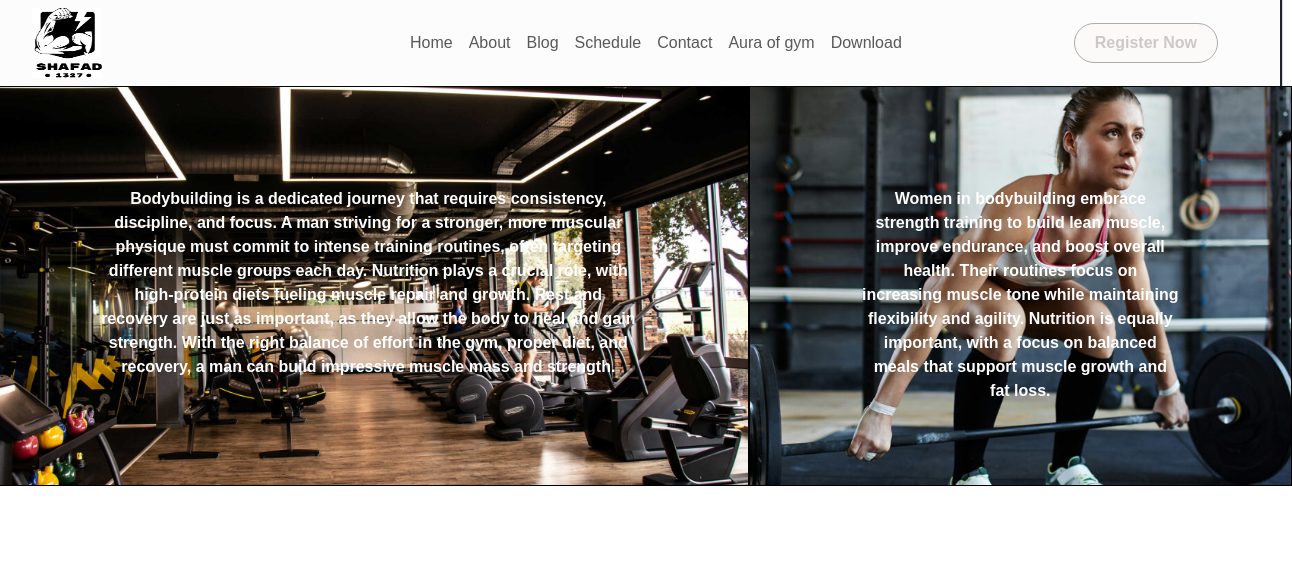
Repository: Daud-shafad/gymwebsite
Page: bootstrap-5.3.3-dist/bootstrap-5.3.3-dist/gym.html
These files come from the project's save history. The page is drawn as it stood at one moment and after the next save; the edit follows.
The browser window is 1280 px wide. The page is 1292 px wide, so the pictures cover 1292 px, including what lies to the right of the window. The pictures show the whole page.

Above is the page before, as saved 2024-12-28 13:43:48.

### bootstrap-5.3.3-dist/bootstrap-5.3.3-dist/gym.html
<!DOCTYPE html>
<html lang="en">
<head>
    <title>GYM WEBSITE</title>
    <meta charset="UTF-8">
    <meta name="viewport" content="width=device-width, initial-scale=1.0">
    <meta name="author" content="Daud_Shafad">
    <meta name="Description" content="This gym website front-end part">
    <meta name="keyword" content="html, css, bootstrap, front-end, gym, website">
    <link rel="stylesheet" href="gym.css">
    <link rel="stylesheet" href="css/bootstrap.css">


</head>
<body>

    <nav class="navbar navbar-expand-lg" style="background-color: rgb(253, 252, 252); box-shadow: 1px -1px 1px 1px">
        <div class="container-fluid">
          <img src="power.png" style="width: 70px;
          height: 70px; margin-left: 20px;" >
          <button class="navbar-toggler" type="button" data-bs-toggle="collapse" data-bs-target="#navbarSupportedContent" aria-controls="navbarSupportedContent" aria-expanded="false" aria-label="Toggle navigation">
            <span class="navbar-toggler-icon"></span>
          </button>
          <div class="collapse navbar-collapse" id="navbarSupportedContent" style="font-family: sans-serif;">
            <ul class="navbar-nav me-auto mb-2 mb-lg-0" style="margin-left: 300px;">
              <li class="nav-item" >
                <a class="nav-link" aria-current="page" href="#">Home</a>
              </li>
              <li class="nav-item" >
                <a class="nav-link" href="#">About</a>
              </li>
              <li class="nav-item">
                <a class="nav-link" href="#">Blog</a>
              </li>
              <li class="nav-item">
                <a class="nav-link" aria-disabled="false">Schedule</a>
              </li>
              <li class="nav-item">
                <a class="nav-link" aria-disabled="false">Contact</a>
              </li>
              <li class="nav-item">
                <a class="nav-link" aria-disabled="false">Aura of gym</a>
              </li>
              <li class="nav-item">
                <a class="nav-link" aria-disabled="false">Download</a>
              </li>
              </ul>
           <button class="btn-register">
            Register Now
           </button>
          </div>
        </div>
      </nav>

      <div class="row">
        <div class="col-7">
          <p class="p-man-bodybuilding">Bodybuilding is a dedicated journey that requires consistency, discipline, and focus. A man striving for a stronger, more muscular physique must commit to intense training routines, often targeting different muscle groups each day. Nutrition plays a crucial role, with high-protein diets fueling muscle repair and growth. Rest and recovery are just as important, as they allow the body to heal and gain strength. With the right balance of effort in the gym, proper diet, and recovery, a man can build impressive muscle mass and strength.</p>
        </div>
        <div class="col-5">
        <p class="p-women-bodybuilding">Women in bodybuilding embrace strength training to build lean muscle, improve endurance, and boost overall health. Their routines focus on increasing muscle tone while maintaining flexibility and agility. Nutrition is equally important, with a focus on balanced meals that support muscle growth and fat loss.</p>
        </div>
      </div>





    <script src="js/bootstrap.js"></script>


</body>
</html>

### bootstrap-5.3.3-dist/bootstrap-5.3.3-dist/gym.css
*{
    margin:0;
    padding: 0;
}

.btn-register{
    background-color: rgb(252, 249, 249);
    padding: 7px 20px 7px 20px;
    border: 1px solid rgb(177, 171, 171);
    cursor: pointer;
    border-radius: 25px;
    margin-right: 50px;
    font-family: sans-serif;
    font-size: 16px;
    font-weight: 600;
    color: rgb(204, 200, 200);
    text-transform: capitalize;
    transition: all 2s;
}

.btn-register:hover{
   background-color: rgb(177, 171, 171);
   color: rgb(252, 249, 249);
   border: rgb(252, 249, 249);
   letter-spacing: 2px;
   box-shadow: 2px 1px 2px 2px;

}

#navbarSupportedContent:hover{
    letter-spacing: 1px;
    color: black;
    cursor: pointer;
    transition: all 2s;
}

.row .col-7{

    background: url(Gym5.jpg);
    background-position: center;
    background-size: cover;
    background-repeat: no-repeat;
    height: 400px;
    border: 1px solid black;
}

.row .col-7 .p-man-bodybuilding{
    font-family: sans-serif;
    font-size: 16px;
    font-weight: 600;
    text-align: center;
    padding: 100px;
    color: white;
}

.row .col-5{
    background: url(Photowomen2.jpg);
    background-position: center;
    background-size: cover;
    background-repeat: no-repeat;
    height: 400px;
    border: 1px solid black;

}

.row .col-5 .p-women-bodybuilding{
    font-family: sans-serif;
    font-size: 16px;
    font-weight: 600;
    text-align: center;
    padding: 100px;
    color: white;
}

Loaded but not shown: bootstrap-5.3.3-dist/bootstrap-5.3.3-dist/css/bootstrap.css (library); bootstrap-5.3.3-dist/bootstrap-5.3.3-dist/js/bootstrap.js (library)

After the next save:
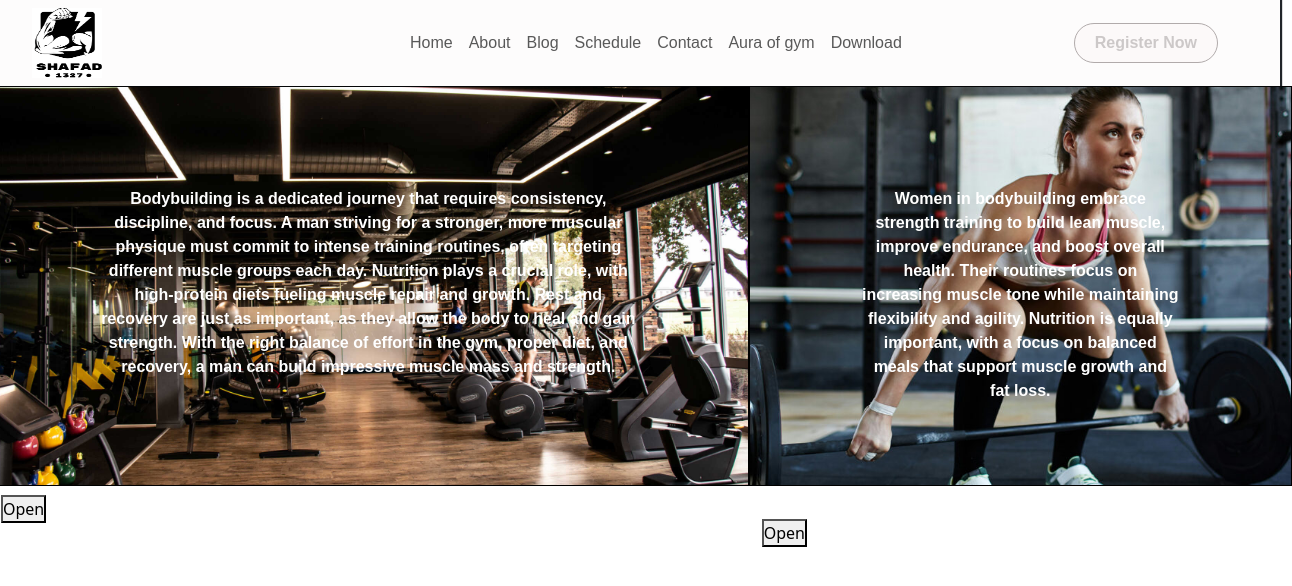
Saved 81 s later.
--- a/bootstrap-5.3.3-dist/bootstrap-5.3.3-dist/gym.html
+++ b/bootstrap-5.3.3-dist/bootstrap-5.3.3-dist/gym.html
@@ -55,10 +55,12 @@
       <div class="row">
         <div class="col-7">
           <p class="p-man-bodybuilding">Bodybuilding is a dedicated journey that requires consistency, discipline, and focus. A man striving for a stronger, more muscular physique must commit to intense training routines, often targeting different muscle groups each day. Nutrition plays a crucial role, with high-protein diets fueling muscle repair and growth. Rest and recovery are just as important, as they allow the body to heal and gain strength. With the right balance of effort in the gym, proper diet, and recovery, a man can build impressive muscle mass and strength.</p>
+          <button class="btn-open-1">Open</button>
         </div>
         <div class="col-5">
         <p class="p-women-bodybuilding">Women in bodybuilding embrace strength training to build lean muscle, improve endurance, and boost overall health. Their routines focus on increasing muscle tone while maintaining flexibility and agility. Nutrition is equally important, with a focus on balanced meals that support muscle growth and fat loss.</p>
-        </div>
+        <button class="btn-open-2">Open</button>
+    </div>
       </div>
 
 
